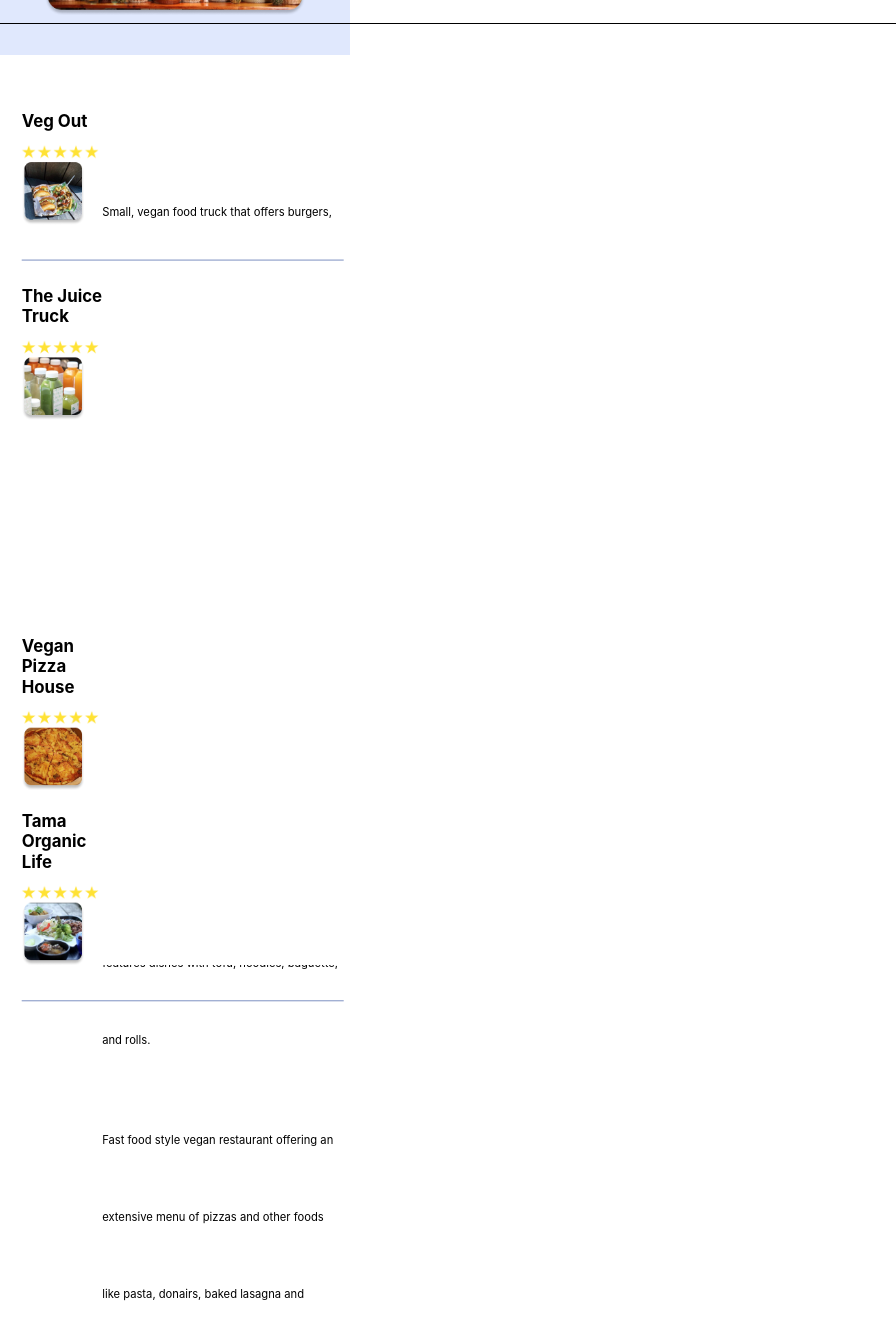
Repository: Kinakopan/design_mindfulEating_site
Page: /restaurant (app in firstapp/)
An editor plug-in stored every save of this project. The page is shown before and after a run of saves, followed by the edit.
The browser window is 1280 px wide. The pictures show the part of the page from y = 332 to 2252 px (the page is 2816 px tall before and 1710 px after), at 70% of full size.
The project was rebuilt for these pictures with package versions that can differ from the ones it lists, and the page was loaded fresh each time. The framework's server and built-in components were replaced by stand-ins that run in the browser. Also part of the build but not shown: firstapp/next.config.js.

Above is the page before, as saved 2022-04-21 11:37:25.

After the next 4 saves:
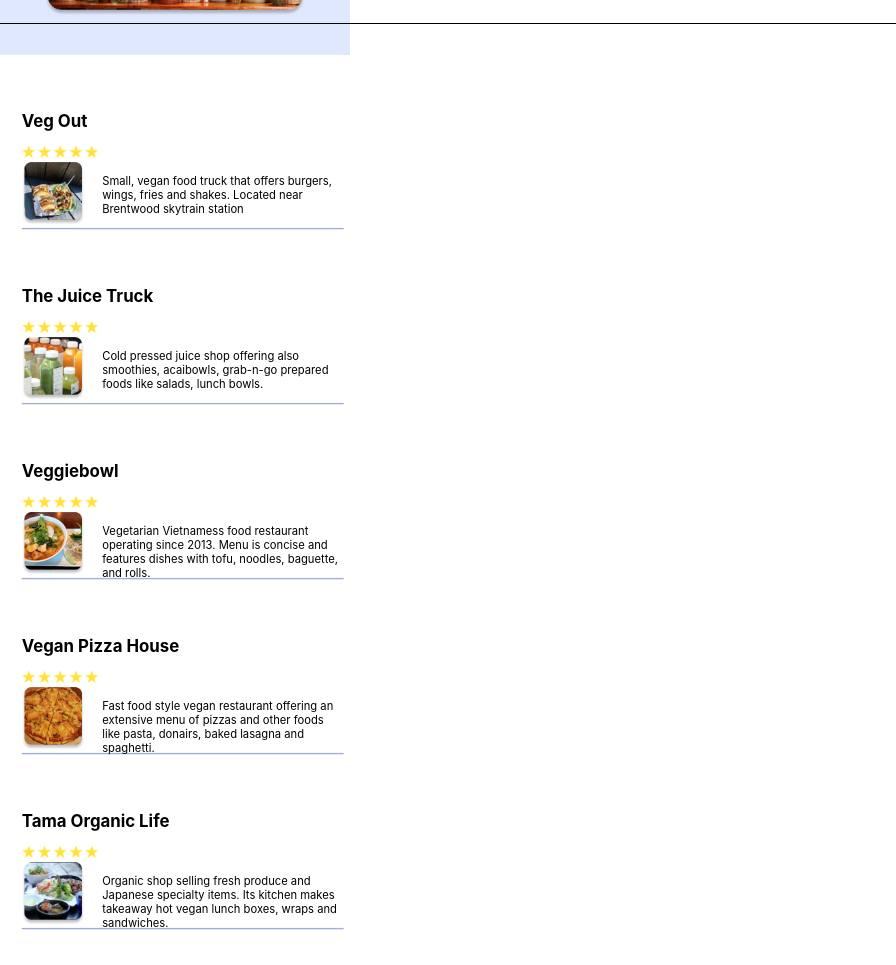
The 4 saves are shown as one change because they came seconds apart.
The last was saved 12 s later.
--- a/firstapp/comps/RestaurantCard.js
+++ b/firstapp/comps/RestaurantCard.js
@@ -34,7 +34,7 @@ margin: 3 3 3 3;
 
 const ResItem = styled.div`
 border-bottom:2px solid #A2b0d3;
-line-height: 110px;
+line-height: 120x;
 `
 ;
 
